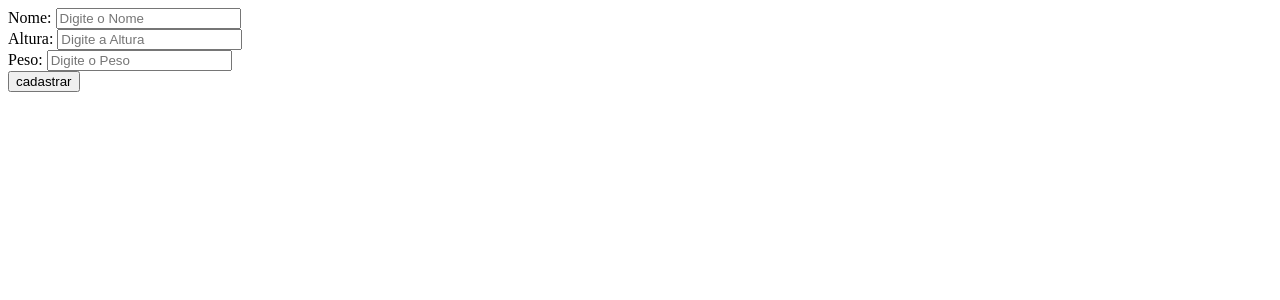
Repository: WilliamOgura/2Semestre
Page: http://localhost/03-SpringMVC/atleta/cadastrar
The author's editor kept a copy of each file at every save. The page is drawn from the files as they stood at one save, then again after the next save.
The browser window is 1280 px wide. The pictures show the whole page.
The page is served by Tomcat 9. Other server files are loaded and not shown.

Above is the page before, as saved 2017-08-22 14:01:20.

### 03-SpringMVC/WebContent/WEB-INF/jsp/atleta/cadastro.jsp
<%@ page language="java" contentType="text/html; charset=ISO-8859-1"
    pageEncoding="ISO-8859-1"%>
<!DOCTYPE html PUBLIC "-//W3C//DTD HTML 4.01 Transitional//EN" "http://www.w3.org/TR/html4/loose.dtd">
<html>
<head>
<meta http-equiv="Content-Type" content="text/html; charset=ISO-8859-1">
<title>Cadastro de atleta</title>
</head>
<body>
<form action="cadastrar" method="post">

<div>
	<div>
		<label for="nome">Nome: </label>
		<input id="nome "type="text" name="nome" placeholder="Digite o Nome">
	</div>
	<div>
		<label for="altura">Altura: </label>
		<input id="altura" type="text" name="altura" placeholder="Digite a Altura">
	</div>
	<div>
		<label for="peso">Peso: </label>
		<input id="peso" type="text" name="peso" placeholder="Digite o Peso">
	</div>
	<div>
		<input type="submit" value="cadastrar">
	</div>

</div>
</form>
</body>
</html>

After the next save:
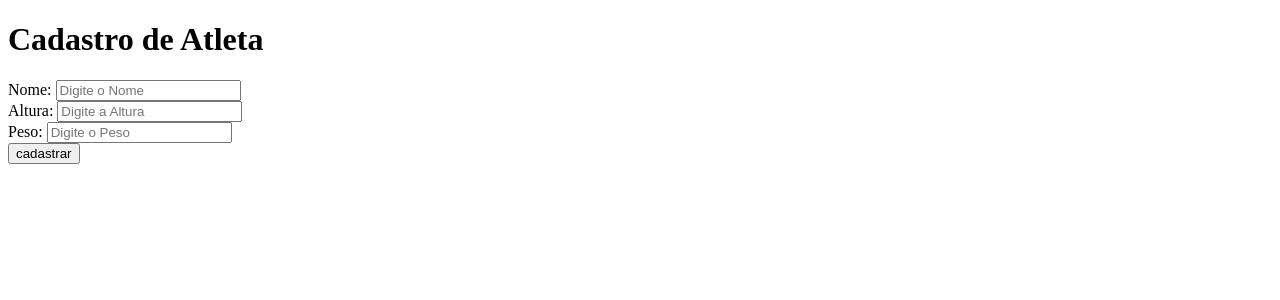
Saved 2 min 22 s later.
--- a/03-SpringMVC/WebContent/WEB-INF/jsp/atleta/cadastro.jsp
+++ b/03-SpringMVC/WebContent/WEB-INF/jsp/atleta/cadastro.jsp
@@ -7,6 +7,7 @@
 <title>Cadastro de atleta</title>
 </head>
 <body>
+<h1>Cadastro de Atleta</h1>
 <form action="cadastrar" method="post">
 
 <div>
